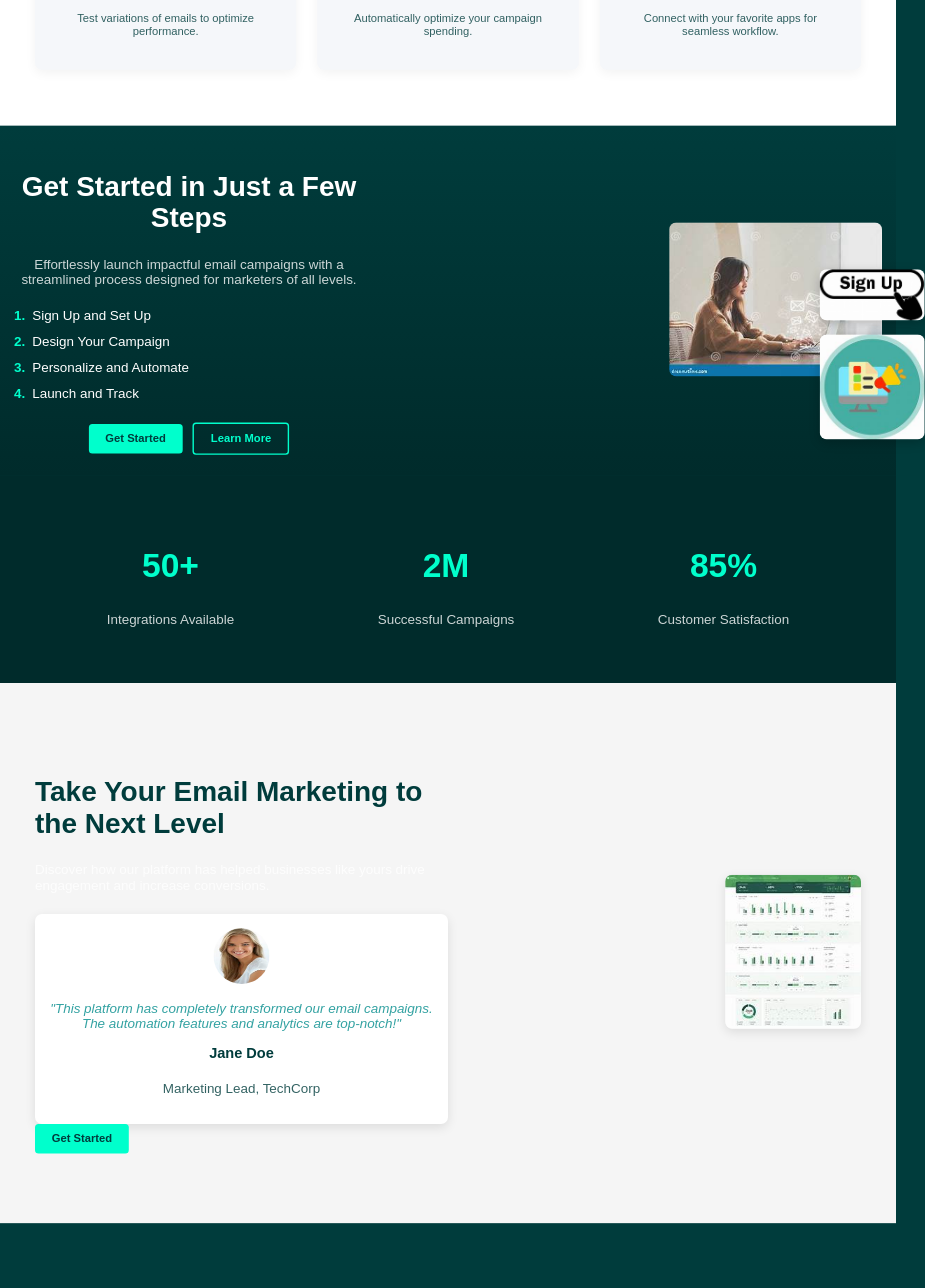
Repository: Patience225/email-marketing
Page: index.html
An editor plug-in stored every save of this project. The page is shown before and after a run of saves, followed by the edit.
The browser window is 1280 px wide. The page is 1321 px wide, so the pictures cover 1321 px, including what lies to the right of the window. The pictures show the part of the page from y = 1414 to 3254 px (the page is 4442 px tall before and 4397 px after), at 70% of full size.

Above is the page before, as saved 2025-01-29 18:24:58.
Console error: TypeError: Cannot read properties of null (reading 'addEventListener')

### index.html
<!DOCTYPE html>
<html lang="en">
<head>
    <meta charset="UTF-8">
    <meta name="viewport" content="width=device-width, initial-scale=1.0">
    <title>BrMail - Smarter Email Campaigns</title>
    <link rel="stylesheet" href="styles.css">
    <link rel="stylesheet" href="https://cdnjs.cloudflare.com/ajax/libs/font-awesome/6.5.1/css/all.min.css">
    <script defer src="script.js"></script>
</head>
<body>

    <!-- Navigation Bar -->
    <nav class="navbar">
        <div class="logo">BrMail</div>
        <ul class="nav-links">
            <li><a href="#">Products</a></li>
            <li><a href="#">Solutions</a></li>
            <li><a href="#">Pricing</a></li>
            <li><a href="#">Resources</a></li>
        </ul>
        <div class="nav-buttons">
            <a href="#" class="cta-btn">Sign Up</a>
        </div>
        <div class="hamburger-menu" id="hamburger">
            ☰
        </div>
    </nav>
<!-- Hero Section -->
<header class="hero">
  <div class="hero-content">
      <h1>Grow Your Business with <span>Smarter</span> Email Campaigns</h1>
      <p>Create, send, and optimize impactful email campaigns that drive customer engagement.</p>
      <a href="#" class="cta-btn">Get Started</a>
      <div class="trusted-by">
          <p>Trusted by</p>
          <div class="brand-icons">
              <img src="images/AEI communication.jpg" alt="AEI communication">
              <img src="images/Aspen Group.png" alt="Aspen Group.pn">
              <img src="images/Eng Tek.jpeg" alt="Eng Tek">
              <img src="images/Intellect.jpeg" alt="Intellect">
              <img src="images/MSOGO.jpeg" alt="MSOGO">
          </div>
      </div>
  </div>
  <div class="hero-image">
      <img src="images/hero-woman.jpeg" alt="Hero Woman">
      <div class="floating-ui">
          <img src="images/email-ui-1.jpeg" alt="UI 1">
          <img src="images/email-ui-2.jpeg" alt="UI 2">
      </div>
  </div>
</header>
<!-- Features Section -->
<section class="features">
  <div class="features-header">
      <h2>Email Marketing Made Simple and Powerful</h2>
      <p>Empower your email marketing with tools designed to make your campaigns effortless, impactful, and data-driven.</p>
  </div>

  <div class="features-grid">
      <div class="feature-card">
          <img src="images/icon-drag-drop.jpeg" alt="Drag and Drop Editor">
          <h3>Drag-and-Drop Editor</h3>
          <p>Customize emails in a simple, drag-and-drop interface.</p>
      </div>

      <div class="feature-card">
          <img src="images/icon-automation.jpeg" alt="Personalized Automation">
          <h3>Personalized Automation</h3>
          <p>Deliver relevant messages to customers automatically.</p>
      </div>

      <div class="feature-card">
          <img src="images/icon-analytics.jpeg" alt="Advanced Analytics">
          <h3>Advanced Analytics</h3>
          <p>Gain insights to optimize your email marketing.</p>
      </div>

      <div class="feature-card">
          <img src="images/icon-ab-testing.jpeg" alt="A/B Testing">
          <h3>A/B Testing</h3>
          <p>Test variations of emails to optimize performance.</p>
      </div>

      <div class="feature-card">
          <img src="images/icon-ai-budgeting.jpeg" alt="AI-Powered Budgeting">
          <h3>AI-Powered Budgeting</h3>
          <p>Automatically optimize your campaign spending.</p>
      </div>

      <div class="feature-card">
          <img src="images/icon-integrations.jpeg" alt="Integrations">
          <h3>Integrations</h3>
          <p>Connect with your favorite apps for seamless workflow.</p>
      </div>
  </div>
</section>
<!-- Get Started Section -->
<section class="get-started">
  <div class="get-started-content">
      <h2>Get Started in Just a Few Steps</h2>
      <p>Effortlessly launch impactful email campaigns with a streamlined process designed for marketers of all levels.</p>

      <ul class="steps-list">
          <li><span>1.</span> Sign Up and Set Up</li>
          <li><span>2.</span> Design Your Campaign</li>
          <li><span>3.</span> Personalize and Automate</li>
          <li><span>4.</span> Launch and Track</li>
      </ul>

      <div class="get-started-buttons">
          <a href="#" class="btn-primary">Get Started</a>
          <a href="#" class="btn-secondary">Learn More</a>
      </div>
  </div>

  <div class="get-started-image">
      <img src="images/Woman using platform.jpeg" alt="Woman using platform">
      <div class="floating-ui">
          <img src="images/sign up Icon.jpeg" alt="Step 1 UI">
          <img src="images/design campaign Icon.jpeg" alt="Step 2 UI">
      </div>
  </div>
</section>
<!-- Statistics Section -->
<section class="statistics">
  <div class="stat">
      <h2>50+</h2>
      <p>Integrations Available</p>
  </div>
  <div class="stat">
      <h2>2M</h2>
      <p>Successful Campaigns</p>
  </div>
  <div class="stat">
      <h2>85%</h2>
      <p>Customer Satisfaction</p>
  </div>
</section>
<!-- Testimonials Section -->
<section class="testimonials">
  <div class="testimonial-content">
      <h2>Take Your Email Marketing to the Next Level</h2>
      <p>Discover how our platform has helped businesses like yours drive engagement and increase conversions.</p>

      <div class="testimonial-card">
          <img src="images/Jane doe.jpeg" alt="User testimonial" class="testimonial-img">
          <p class="testimonial-text">"This platform has completely transformed our email campaigns. The automation features and analytics are top-notch!"</p>
          <h4 class="testimonial-name">Jane Doe</h4>
          <p class="testimonial-role">Marketing Lead, TechCorp</p>
      </div>

      <a href="#" class="btn-primary">Get Started</a>
  </div>

  <div class="testimonial-image">
      <img src="images/dashboard preview.jpeg" alt="Dashboard Preview">
  </div>
</section>
<!-- Pricing Section -->
<section class="pricing">
  <h2>Choose a Plan That Fits Your Needs</h2>
  <p>Flexible pricing plans for businesses of all sizes.</p>

  <div class="pricing-cards">
      <!-- Basic Plan -->
      <div class="pricing-card basic">
          <h3>Basic</h3>
          <p class="price">$19/month</p>
          <ul>
              <li>Up to 1,000 Emails</li>
              <li>Email Support</li>
              <li>Basic Analytics</li>
          </ul>
          <a href="#" class="btn-primary">Get Started</a>
      </div>

      <!-- Professional Plan -->
      <div class="pricing-card professional">
          <h3>Professional</h3>
          <p class="price">$49/month</p>
          <ul>
              <li>Up to 10,000 Emails</li>
              <li>Priority Support</li>
              <li>Advanced Analytics</li>
              <li>A/B Testing</li>
          </ul>
          <a href="#" class="btn-primary">Get Started</a>
      </div>

      <!-- Enterprise Plan -->
      <div class="pricing-card enterprise">
          <h3>Enterprise</h3>
          <p class="price">Contact Us</p>
          <ul>
              <li>Unlimited Emails</li>
              <li>Dedicated Account Manager</li>
              <li>Custom Features</li>
              <li>24/7 Support</li>
          </ul>
          <a href="#" class="btn-primary">Contact Sales</a>
      </div>
  </div>
</section>
<!-- Get Started in Minutes Section -->
<section class="get-started">
  <h2>Get Started in Minutes</h2>
  <p>Sign up now and launch your first email campaign today.</p>

  <form class="get-started-form">
      <input type="email" placeholder="Enter your email" required>
      <button type="submit" class="btn-primary">Get Started</button>
  </form>
</section>
<!-- Footer Section -->
<footer class="footer">
  <div class="footer-container">
      <!-- Branding -->
      <div class="footer-brand">
          <h2>BrMail</h2>
          <p>Your trusted email marketing solution.</p>
      </div>

      <!-- Navigation Links -->
      <div class="footer-links">
          <h3>Company</h3>
          <ul>
              <li><a href="#">Home</a></li>
              <li><a href="#">Features</a></li>
              <li><a href="#">Pricing</a></li>
              <li><a href="#">Contact</a></li>
          </ul>
      </div>

      <!-- Social Media -->
      <div class="footer-social">
          <h3>Follow Us</h3>
          <ul>
              <li><a href="#"><i class="fab fa-facebook"></i></a></li>
              <li><a href="#"><i class="fab fa-twitter"></i></a></li>
              <li><a href="#"><i class="fab fa-linkedin"></i></a></li>
          </ul>
      </div>
  </div>

  <!-- Copyright -->
  <div class="footer-bottom">
      <p>&copy; 2025 BrMail. All Rights Reserved.</p>
  </div>
</footer>
</body>
</html>

### styles.css
/* General Styles */
body {
  font-family: 'Poppins', sans-serif;
  margin: 0;
  padding: 0;
  background-color: #003C3C;
  color: white;
}

/* Navigation Bar */
.navbar {
  display: flex;
  justify-content: space-between;
  align-items: center;
  padding: 20px 50px;
  background: rgba(0, 60, 60, 0.9);
  position: fixed;
  width: 100%;
  top: 0;
  left: 0;
  z-index: 1000;
}

.logo {
  font-size: 1.5rem;
  font-weight: bold;
  cursor: pointer;
}

.nav-links {
  list-style: none;
  display: flex;
  gap: 20px;
}

.nav-links li {
  display: inline;
}

.nav-links a {
  text-decoration: none;
  color: white;
  font-weight: 500;
  transition: color 0.3s;
}

.nav-links a:hover {
  color: #00ffcc;
}

/* Buttons */
.nav-buttons {
  display: flex;
  gap: 10px;
}

.cta-btn {
  color: white;
  background: #00ffcc;
  padding: 12px 24px;
  border-radius: 5px;
  text-decoration: none;
  transition: 0.3s;
  display: inline-block;
  margin-top: 20px;
  font-weight: bold;
}

.cta-btn:hover {
  background: #009977;
}

/* Mobile Menu */
.hamburger-menu {
  display: none;
  font-size: 2rem;
  cursor: pointer;
  color: white;
}

/* Responsive Design */
@media (max-width: 768px) {
  .nav-links {
      display: none;
      flex-direction: column;
      background: rgba(0, 60, 60, 0.95);
      position: absolute;
      top: 70px;
      right: 0;
      width: 100px;
      padding: 20px;
      border-radius: 5px;
    }


  .nav-links.active {
      display: flex;
  }

  .hamburger-menu {
      display: block;
  }
}

/* Hero Section */
.hero {
  display: flex;
  align-items: center;
  justify-content: space-between;
  padding: 100px 50px;
  background: linear-gradient(to bottom, #002b2b, #003C3C);
  color: white;
  position: relative;
  overflow: hidden;
}

/* Hero Text Content */
.hero-content {
  max-width: 50%;
}

.hero-content h1 {
  font-size: 3rem;
  font-weight: bold;
  line-height: 1.2;
}

.hero-content h1 span {
  color: #00ffcc;
}

.hero-content p {
  font-size: 1.2rem;
  margin: 20px 0;
  opacity: 0.8;
}

/* Trusted By Section */
.trusted-by {
  margin-top: 40px;
}

.trusted-by p {
  font-size: 1rem;
  opacity: 0.8;
}

.brand-icons {
  display: flex;
  gap: 20px;
  margin-top: 10px;
}

.brand-icons img {
  height: 40px;
  opacity: 0.7;
  transition: 0.3s;
}

.brand-icons img:hover {
  opacity: 1;
}

/* Hero Image Section */
.hero-image {
  position: relative;
  max-width: 40%;
}

.hero-image img {
  max-width: 100%;
  border-radius: 10px;
}

/* Floating UI Elements */
.floating-ui {
  position: absolute;
  top: 30%;
  right: -20%;
  display: flex;
  flex-direction: column;
  gap: 20px;
}

.floating-ui img {
  width: 150px;
  box-shadow: 0px 5px 15px rgba(0, 0, 0, 0.2);
  border-radius: 10px;
}

/* Mobile Responsive */
@media (max-width: 768px) {
  .hero {
      flex-direction: column;
      text-align: center;
      padding: 80px 20px;
  }

  .hero-content {
      max-width: 100%;
  }

  .hero-image {
      max-width: 100%;
      margin-top: 40px;
  }

  .floating-ui {
      display: none; /* Hide floating UI elements on small screens */
  }
}

/* Features Section */
.features {
  text-align: center;
  padding: 80px 50px;
  background: white;
  color: #003C3C;
}

/* Section Header */
.features-header h2 {
  font-size: 2.5rem;
  font-weight: bold;
}

.features-header p {
  font-size: 1.2rem;
  opacity: 0.8;
  max-width: 600px;
  margin: 0 auto;
  margin-top: 10px;
}

/* Feature Cards Grid */
.features-grid {
  display: grid;
  grid-template-columns: repeat(3, 1fr);
  gap: 30px;
  margin-top: 40px;
}

/* Individual Feature Card */
.feature-card {
  background: #f5f7fa;
  padding: 30px;
  border-radius: 10px;
  text-align: center;
  transition: 0.3s;
  box-shadow: 0 5px 15px rgba(0, 0, 0, 0.05);
}

.feature-card:hover {
  transform: translateY(-5px);
  box-shadow: 0 10px 20px rgba(0, 0, 0, 0.1);
}

.feature-card img {
  height: 60px;
  margin-bottom: 20px;
}

.feature-card h3 {
  font-size: 1.5rem;
  margin-bottom: 10px;
}

.feature-card p {
  font-size: 1rem;
  opacity: 0.8;
}

/* Responsive Design */
@media (max-width: 992px) {
  .features-grid {
      grid-template-columns: repeat(2, 1fr);
  }
}

@media (max-width: 768px) {
  .features-grid {
      grid-template-columns: 1fr;
  }
}

/* Get Started Section */
.get-started {
  display: flex;
  align-items: center;
  justify-content: space-between;
  padding: 30px 20px;
  background: linear-gradient(to bottom, #003C3C, #002b2b);
  color: white;
  text-align: center;
}

/* Text Content */
.get-started-content {
  max-width: 50%;
}

.get-started-content h2 {
  font-size: 2.5rem;
  font-weight: bold;
}

.get-started-content p {
  font-size: 1.2rem;
  opacity: 0.8;
  margin-top: 10px;
}

/* Steps List */
.steps-list {
  list-style: none;
  margin-top: 30px;
  padding: 0;
}

.steps-list li {
  font-size: 1.2rem;
  margin-bottom: 15px;
  display: flex;
  align-items: center;
}

.steps-list li span {
  font-weight: bold;
  color: #00ffcc;
  margin-right: 10px;
}

/* Buttons */
.get-started-buttons {
  margin-top: 30px;
}

.btn-primary {
  display: inline-block;
  padding: 12px 24px;
  background: #00ffcc;
  color: #003C3C;
  font-weight: bold;
  text-decoration: none;
  border-radius: 5px;
  transition: 0.3s;
  margin-right: 10px;
  text-align: center;
}

.btn-primary:hover {
  background: #009977;
  color: #003C3C;
}

.btn-secondary {
  display: inline-block;
  padding: 12px 24px;
  background: transparent;
  border: 2px solid #00ffcc;
  color: #00ffcc;
  font-weight: bold;
  text-decoration: none;
  border-radius: 5px;
  transition: 0.3s;
}

.btn-secondary:hover {
  background: #00ffcc;
  color: #003C3C;
}

/* Image Section */
.get-started-image {
  position: relative;
  max-width: 40%;
}

.get-started-image img {
  max-width: 100%;
  border-radius: 10px;
}

/* Mobile Responsive */
@media (max-width: 768px) {
  .get-started {
      flex-direction: column;
      text-align: center;
      padding: 80px 20px;
  }

  .get-started-content {
      max-width: 100%;
  }

  .get-started-image {
      max-width: 100%;
      margin-top: 40px;
  }

  .floating-ui {
      display: none; /* Hide floating UI elements on small screens */
  }

  .btn-primary, .btn-secondary {
      display: block;
      width: 100%;
      text-align: center;
      margin-bottom: 10px;
  }
}

/* Statistics Section */
.statistics {
  display: flex;
  justify-content: space-around;
  align-items: center;
  padding: 60px 50px;
  background: #002b2b;
  color: white;
  text-align: center;
}

/* Individual Stat */
.stat h2 {
  font-size: 3rem;
  font-weight: bold;
  color: #00ffcc;
}

.stat p {
  font-size: 1.2rem;
  opacity: 0.8;
}

/* Mobile Responsive */
@media (max-width: 768px) {
  .statistics {
      flex-direction: column;
      gap: 30px;
      padding: 50px 20px;
  }
}

/* Testimonials Section */
.testimonials {
  display: flex;
  align-items: center;
  justify-content: space-between;
  padding: 100px 50px;
  background: #f5f5f5;
}

/* Content */
.testimonial-content {
  max-width: 50%;
}

.testimonial-content h2 {
  font-size: 2.5rem;
  font-weight: bold;
  color: #003C3C;
}

.testimonial-content p {
  font-size: 1.2rem;
  opacity: 0.8;
  margin-top: 10px;
}

/* Testimonial Card */
.testimonial-card {
  background: white;
  padding: 20px;
  margin-top: 30px;
  border-radius: 10px;
  box-shadow: 0px 5px 15px rgba(0, 0, 0, 0.1);
  text-align: center;
}

.testimonial-img {
  width: 80px;
  height: 80px;
  border-radius: 50%;
  margin-bottom: 10px;
}

.testimonial-text {
  font-size: 1.1rem;
  font-style: italic;
  opacity: 0.9;
  color: darkcyan;
}

.testimonial-name {
  font-size: 1.3rem;
  font-weight: bold;
  color: #003C3C;
  margin-top: 10px;
}

.testimonial-role {
  font-size: 1rem;
  opacity: 0.7;
  color: #003C3C;
}

/* Image Section */
.testimonial-image {
  max-width: 40%;
}

.testimonial-image img {
  max-width: 100%;

  border-radius: 10px;
  box-shadow: 0px 5px 15px rgba(0, 0, 0, 0.1);
}

/* Mobile Responsive */
@media (max-width: 768px) {
  .testimonials {
      flex-direction: column;
      text-align: center;
      padding: 80px 20px;
  }

  .testimonial-content {
      max-width: 100%;
  }

  .testimonial-image {
      max-width: 100%;
      margin-top: 40px;
  }

  .btn-primary {
      display: block;
      width: 100%;
      text-align: center;
  }
}

/* Pricing Section */
.pricing {
  text-align: center;
  padding: 100px 50px;
  background: #003C3C;
  color: white;
}

.pricing h2 {
  font-size: 2.5rem;
  font-weight: bold;
  margin-bottom: 10px;
}

.pricing p {
  font-size: 1.2rem;
  opacity: 0.8;
  margin-bottom: 50px;
}

/* Pricing Cards */
.pricing-cards {
  display: flex;
  justify-content: center;
  gap: 20px;
}

.pricing-card {
  background: white;
  color: #003C3C;
  padding: 30px;
  border-radius: 10px;
  box-shadow: 0px 5px 15px rgba(0, 0, 0, 0.1);
  max-width: 300px;
  text-align: left;
  transition: transform 0.3s;
}

.pricing-card:hover {
  transform: translateY(-10px);
}

/* Plan Name & Price */
.pricing-card h3 {
  font-size: 1.5rem;
  margin-bottom: 20px;
}

.pricing-card .price {
  font-size: 2rem;
  font-weight: bold;
  color: #00ffcc;
  margin-bottom: 20px;
}

/* Feature List */
.pricing-card ul {
  list-style: none;
  padding: 0;
  margin-bottom: 20px;
}

.pricing-card ul li {
  font-size: 1rem;
  margin-bottom: 10px;
  display: flex;
  align-items: center;
}

/* Plan Specific Colors */
.pricing-card.basic {
  border-top: 5px solid #00ffcc;
}

.pricing-card.professional {
  border-top: 5px solid #009977;
}

.pricing-card.enterprise {
  border-top: 5px solid #006666;
}

/* Mobile Responsive */
@media (max-width: 768px) {
  .pricing-cards {
      flex-direction: column;
      align-items: center;
      gap: 30px;
  }

  .pricing-card {
      max-width: 100%;
  }
}

.get-started h2 {
  font-size: 2.5rem;
  font-weight: bold;
  max-width: 500px;
}

.get-started p {
  font-size: 1.2rem;
  opacity: 0.8;
  margin: 15px 0 30px;
  max-width: 500px;
}

/* Form */
.get-started-form {
  display: flex;
  justify-content: center;
  gap: 10px;
  max-width: 500px;
  margin: 0 auto;
  flex-direction: column;
}

.get-started-form input {
  flex: 1;
  padding: 12px;
  font-size: 1rem;
  border: 2px solid #003C3C;
  border-radius: 5px;
  outline: none;
}

.get-started-form button {
  padding: 12px 20px;
  background: #003C3C;
  color: white;
  font-size: 1rem;
  font-weight: bold;
  border: none;
  border-radius: 5px;
  cursor: pointer;
  transition: 0.3s;
}

.get-started-form button:hover {
  background: white;
  color: #003C3C;
  border: 2px solid #003C3C;
}

/* Mobile Responsive */
@media (max-width: 768px) {
  .get-started-form {
      flex-direction: column;
      gap: 15px;
  }

  .get-started-form input,
  .get-started-form button {
      width: 100%;
  }
}
/* Footer Section */
.footer {
  background: #003C3C;
  color: white;
  padding: 60px 50px;
}

.footer-container {
  display: flex;
  justify-content: space-between;
  flex-wrap: wrap;
  max-width: 1100px;
  margin: 0 auto;
}

/* Branding */
.footer-brand h2 {
  font-size: 1.8rem;
  font-weight: bold;
}

.footer-brand p {
  opacity: 0.8;
  font-size: 1rem;
}

/* Links */
.footer-links,
.footer-social {
  text-align: left;
}

.footer-links h3,
.footer-social h3 {
  font-size: 1.3rem;
  margin-bottom: 15px;
}

.footer-links ul,
.footer-social ul {
  list-style: none;
  padding: 0;
}

.footer-links ul li,
.footer-social ul li {
  margin-bottom: 10px;
}

.footer-links ul li a,
.footer-social ul li a {
  text-decoration: none;
  color: white;
  opacity: 0.8;
  transition: 0.3s;
}

.footer-links ul li a:hover,
.footer-social ul li a:hover {
  opacity: 1;
}

/* Social Icons */
.footer-social ul {
  display: flex;
  gap: 15px;
}

.footer-social ul li a {
  font-size: 1.5rem;
}

/* Copyright */
.footer-bottom {
  text-align: center;
  margin-top: 40px;
  font-size: 0.9rem;
  opacity: 0.7;
}

/* Mobile Responsive */
@media (max-width: 768px) {
  .footer-container {
      flex-direction: column;
      text-align: center;
      gap: 30px;
  }

  .footer-social ul {
      justify-content: center;
  }
}

/* ========== Mobile Menu Active State ========== */
.nav-links.active {
  display: flex;
}

/* ========== Scroll Animation ========== */
.animate-on-scroll {
  opacity: 0;
  transform: translateY(30px);
  transition: opacity 0.6s ease, transform 0.6s ease;
}

.animate-on-scroll.visible {
  opacity: 1;
  transform: translateY(0);
}

Loaded but not shown: script.js (71 lines, source omitted)

After the next 2 saves:
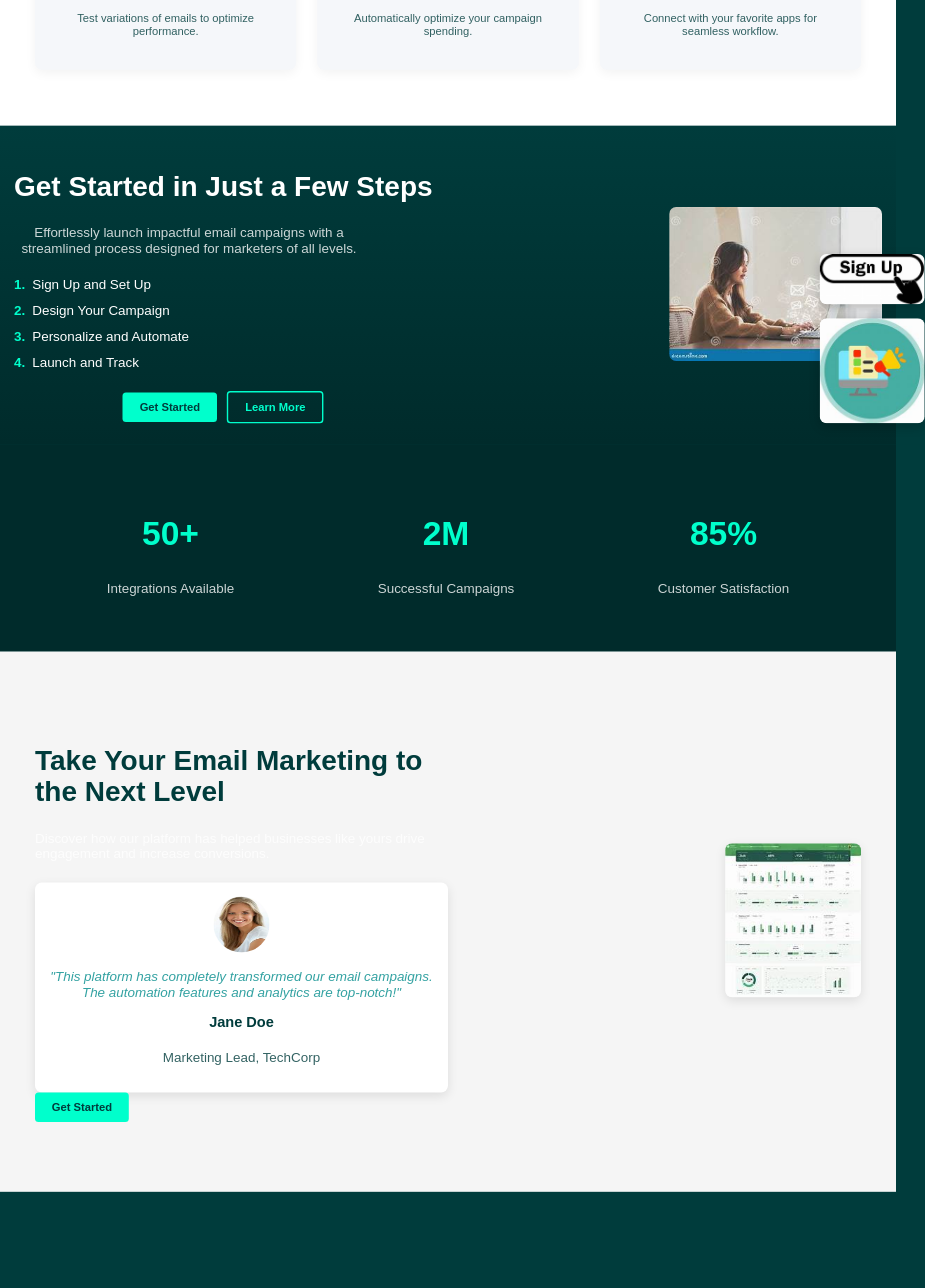
The 2 saves are shown as one change because they came seconds apart.
The last was saved 22 s later.
--- a/styles.css
+++ b/styles.css
@@ -639,7 +639,6 @@ body {
 .get-started h2 {
   font-size: 2.5rem;
   font-weight: bold;
-  max-width: 500px;
 }
 
 .get-started p {
